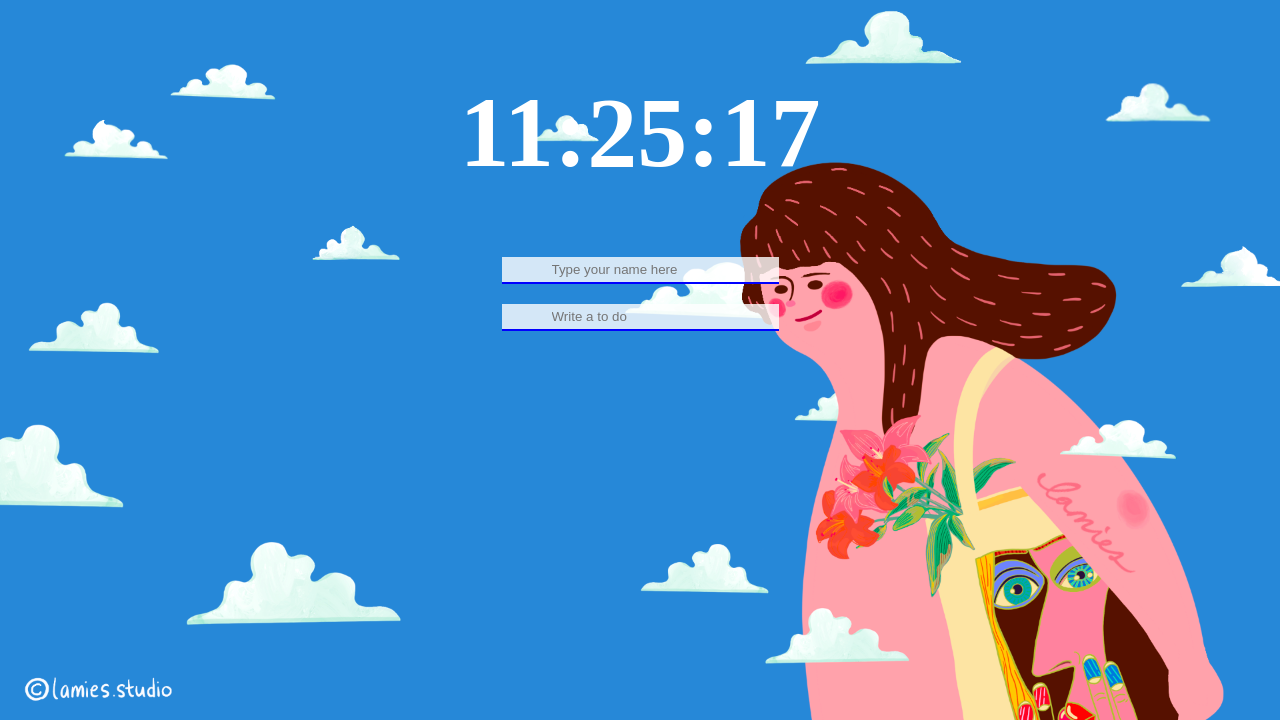
Repository: haleyjung/chrome_app
Page: index.html
An editor plug-in stored every save of this project. The page is shown before and after the next save, followed by the edit.
The browser window is 1280 px wide. The pictures show the whole page.
Some web fonts or font styles are not loaded; a fallback is used.

Above is the page before, as saved 2020-11-23 15:27:41.

### index.html
<!DOCTYPE html>
<html lang="en">
<head>
    <meta charset="UTF-8" />
    <meta name="viewport" content="width=device-width, initial-scale=1.0">
    <title>Chrome App</title>
    <link rel="stylesheet" href="index.css">
</head>
<body>

    <div class="js-clock">
        <h1>00:00</h1>
    </div>

    <div class="js-name name"></div>

    <div>
        <form class="js-form form">
            <input type="text" placeholder="What is your name?" />
        </form>
    </div>

    <h4 class="js-greetings greetings"></h4>

    <form class="js-toDoForm">
        <input type="text" placeholder="Write a to do" />
    </form>
    <ul class="js-toDoList">
    </ul>
    <span class="js-weather"></span>

    <script src="js/clock.js"></script>
    <script src="js/greeting.js"></script>
    <script src="js/todo.js"></script>
    <script src="js/bg.js"></script>
    <script src="js/weather.js"></script>
</body>

### index.css
@import url("https://fonts.googleapis.com/css2?family=Nerko+One&display=swap");

body {
  background-color: palevioletred;
  color: white;
  display: flex;
  flex-direction: column;
  justify-content: center;
  align-items: center;
  font-family: "Nerko One", cursive;
}

.js-clock {
  display: flex;
  justify-content: center;
  align-items: center;
  font-size: 50px;
}

.js-form,
.js-toDoForm {
  background-color: none;
}

.btn {
  cursor: pointer;
}

input {
  border: none;
  outline: none;
  border-bottom: 2px solid blue;
  margin-bottom: 20px;
  background-color: rgba(255, 255, 255, 0.8);
  padding: 5px 50px;
}

.form,
.greetings {
  display: none;
}

.showing {
  display: block;
}

@keyframes fadeIn {
  from {
    opacity: 0;
  }
  to {
    opacity: 1;
  }
}

.bgImage {
  position: absolute;
  top: 0;
  left: 0;
  width: 100%;
  height: 100%;
  z-index: -1;
  animation: fadeIn 0.5s linear;
}

### js/clock.js
const clockContainer = document.querySelector(".js-clock"),
    clockTitle = clockContainer.querySelector("h1");

function getTime() {
    const date = new Date();
    const minutes = date.getMinutes();
    const hours = date.getHours();
    const seconds = date.getSeconds();
    clockTitle.innerText = `${hours < 10 ? `0${hours}` : hours}:${
        minutes < 10 ? `0${minutes}` : minutes
    }:${seconds < 10 ? `0${seconds}` : seconds}`;
}

function init() {
    getTime();
    setInterval(getTime, 1000);
}

init();

### js/greeting.js
const nameContainer = document.querySelector(".js-name");

function paintName(name) {
    nameContainer.innerHTML = "";
    const title = document.createElement("span");
    title.className = "name__text";
    title.innerHTML = `Hello ${name}`;
    nameContainer.appendChild(title);
}

function handleSubmit(event) {
    event.preventDefault();
    const form = event.target;
    const input = form.querySelector("input");
    const value = input.value;
    localStorage.setItem("username", value);
    paintName(value);
}

function paintInput() {
    const input = document.createElement("input");
  input.placeholder = "Type your name here";
  input.type = "text";
  input.className = "name__input";
  const form = document.createElement("form");
  form.addEventListener("submit", handleSubmit);
  form.appendChild(input);
  nameContainer.appendChild(form);
}

function loadName(){
    const name = localStorage.getItem("username");
  if (name === null) {
    paintInput();
  } else {
    paintName(name);
  }
}

function init() {
    loadName();
}

init();

### js/todo.js
const toDoForm = document.querySelector(".js-toDoForm"),
    toDoInput = toDoForm.querySelector("input"),
    toDoList = document.querySelector(".js-toDoList");

const TODOS_LS = 'toDos';

let toDos = [];

function deleteToDo(event){
    const btn = event.target;
    const li = btn.parentNode;
    toDoList.removeChild(li);
    const cleanToDos = toDos.filter(function(toDo){
        return toDo.id !== parseInt(li.id);
    });
    toDos = cleanToDos
    saveToDos();
}

function saveToDos(){
    localStorage.setItem(TODOS_LS, JSON.stringify(toDos));
}

function paintToDo(text){
    const li = document.createElement("li");
    const delBtn = document.createElement("button");
    const span = document.createElement("span");
    const newId = toDos.length + 1;
    delBtn.innerText = "❌";
    delBtn.addEventListener("click", deleteToDo);
    span.innerText = text;
    li.appendChild(delBtn);
    li.appendChild(span);
    li.id = newId;
    toDoList.appendChild(li);
    const toDoObj = {
        text: text,
        id: newId
    };
    toDos.push(toDoObj);
    saveToDos();
}

function handleSubmit(event){
    event.preventDefault();
    const currentValue = toDoInput.value;
    paintToDo(currentValue);
    toDoInput.value = "";
}

function loadToDos() {
    const loadedToDos = localStorage.getItem(TODOS_LS);
    if(loadedToDos !== null){
        const parsedToDos = JSON.parse(loadedToDos);
        parsedToDos.forEach(function(toDo){
            paintToDo(toDo.text);
        });
    }
}

function init() {
    loadToDos();
    toDoForm.addEventListener("submit", handleSubmit)
}

init();

### js/bg.js
const body = document.querySelector("body");

const IMG_NUMBER = 4;

// If loading images from API, include the functions in these comments:
// function handleImgLoad(){
//     console.log('finished loading');
// }

function paintImage(imgNumber){
    const image = new Image();
    image.src = `/img/lamiesstudio-${imgNumber + 1}.png`;
    image.classList.add('bgImage');
    body.prepend(image);
    // image.addEventListener("loadend", handleImgLoad);
}

function genRandom(){
    const number = Math.floor(Math.random() * IMG_NUMBER);
    return number;
}

function init(){
    const randomNumber = genRandom();
    paintImage(randomNumber)
}

init();

### js/weather.js
const weather = document.querySelector(".js-weather");

const API_KEY = "1706261ffc689a5d0ffe73f0d2f8a925";
const COORDS = "coords";

function getWeather(lat, lng){
    fetch(`https://api.openweathermap.org/data/2.5/weather?lat=${lat}&lon=${lng}&appid=${API_KEY}&units=metric`
    ).then(function(response){
        return response.json();
    })
        .then(function(json){
        const temperature = json.main.temp;
        const place = json.name;
        weather.innerText = `${temperature} @ ${place}`;
    });
}

function saveCoords(coordsObj){
    localStorage.setItem(COORDS, JSON.stringify(coordsObj));
}

function handleGeoSuccess(position){
    const latitude = position.coords.latitude;
    const longitude = position.coords.longitude;
    const coordsObj = {
        latitude,
        longitude
    };
    saveCoords(coordsObj);
    getWeather(latitude, longitude);
}

function handleGeoError(){
    console.log('Cant access geo location');
}

function askForCoords(){
    navigator.geolocation.getCurrentPosition(handleGeoSuccess, handleGeoError);
}

function loadCoords(){
    const loadedCoords = localStorage.getItem(COORDS);
    if(loadedCoords === null){
        askForCoords();
    } else {
        const parsedCoords = JSON.parse(loadedCoords);
        getWeather(parsedCoords.latitude, parsedCoords.longitude);
    }
}

function init(){
    loadCoords();
}

init();

After the next save:
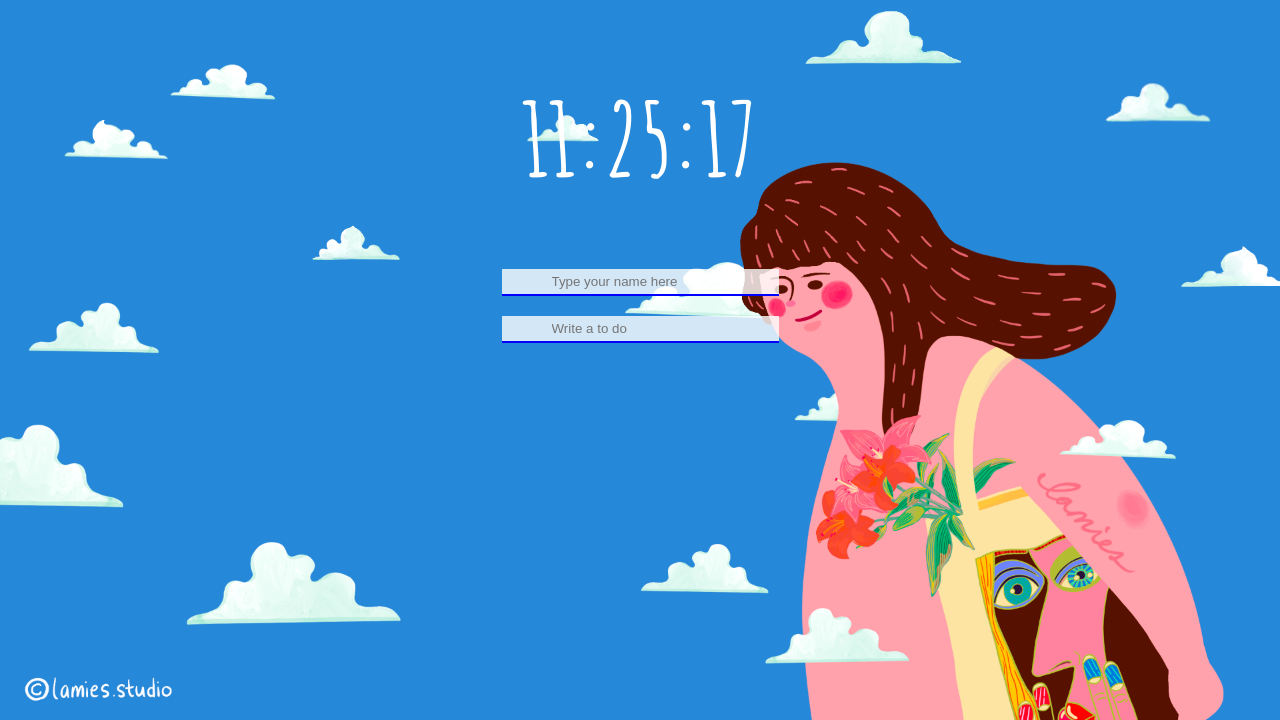
Saved 28 s later.
--- a/index.css
+++ b/index.css
@@ -1,4 +1,4 @@
-@import url("https://fonts.googleapis.com/css2?family=Nerko+One&display=swap");
+@import url("https://fonts.googleapis.com/css2?family=Amatic+SC:wght@700&display=swap");
 
 body {
   background-color: palevioletred;
@@ -7,7 +7,7 @@ body {
   flex-direction: column;
   justify-content: center;
   align-items: center;
-  font-family: "Nerko One", cursive;
+  font-family: "Amatic SC", cursive;
 }
 
 .js-clock {
